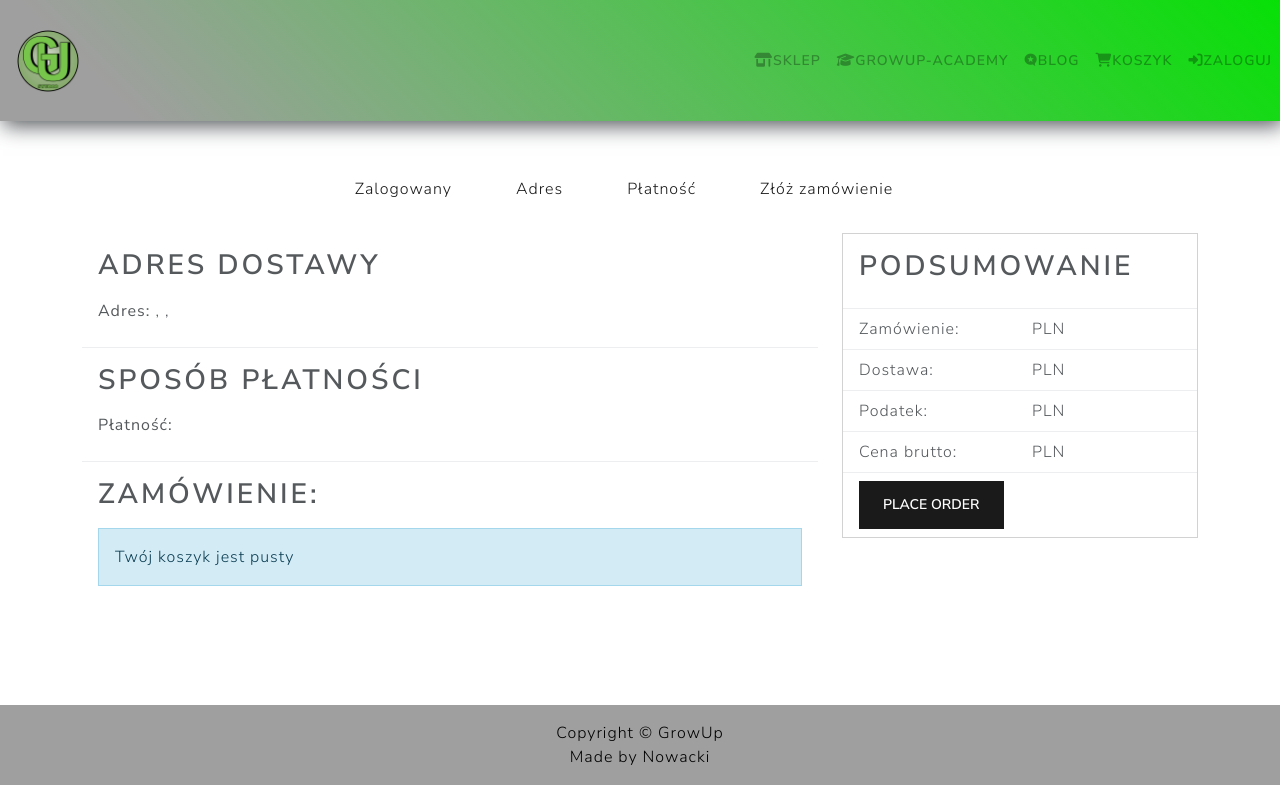
Repository: Nowacki97PL/GrowUpFullStack
Page: /placeorder (app in grow-up-fe/)
The author's editor kept a copy of each file at every save. The page is drawn from the files as they stood at one save, then again after the next save.
The browser window is 1280 px wide. The pictures show the whole page.
The project was rebuilt for these pictures with package versions that can differ from the ones it lists, and the page was loaded fresh each time. Also part of the build but not shown: grow-up-fe/src/components/Rating.js, grow-up-fe/src/components/Product.js, grow-up-fe/src/components/Loader.js, grow-up-fe/src/actions/productActions.js, grow-up-fe/src/screens/ShopScreen.js, grow-up-fe/src/screens/ProductScreen.js, grow-up-fe/src/screens/HomeScreen.js, grow-up-fe/src/actions/cartActions.js and 7 more.

Above is the page before, as saved 2024-02-24 18:19:20.

### grow-up-fe/public/index.html
<!doctype html>
<html lang="pl">
  <head>
    <meta charset="utf-8">
    <meta name="viewport" content="width=device-width, initial-scale=1">
    <link rel="shortcut icon" href="%PUBLIC_URL%/logo.png">
    <link rel="stylesheet" href="https://cdnjs.cloudflare.com/ajax/libs/font-awesome/6.5.1/css/all.min.css" integrity="sha512-DTOQO9RWCH3ppGqcWaEA1BIZOC6xxalwEsw9c2QQeAIftl+Vegovlnee1c9QX4TctnWMn13TZye+giMm8e2LwA==" crossorigin="anonymous" referrerpolicy="no-referrer" />
    <!--
      Notice the use of %PUBLIC_URL% in the tag above.
      It will be replaced with the URL of the `public` folder during the build.
      Only files inside the `public` folder can be referenced from the HTML.

      Unlike "/favicon.ico" or "favicon.ico", "%PUBLIC_URL%/favicon.ico" will
      work correctly both with client-side routing and a non-root public URL.
      Learn how to configure a non-root public URL by running `npm run build`.
    -->
    <title>Grow-Up</title>
  </head>
  <body>
    <div id="root"></div>
    <!--
      This HTML file is a template.
      If you open it directly in the browser, you will see an empty page.

      You can add webfonts, meta tags, or analytics to this file.
      The build step will place the bundled scripts into the <body> tag.

      To begin the development, run `npm start`.
      To create a production bundle, use `npm run build`.
    -->
  </body>
</html>

### grow-up-fe/src/index.js
import React from 'react';
import ReactDOM from 'react-dom/client';
import {Provider} from 'react-redux'
import store from './store'

import App from './App';
import './index.css';
import './bootstrap.css';

const rootElement = document.getElementById('root');

// Użyj createRoot zamiast ReactDOM.render
const root = ReactDOM.createRoot(rootElement);
root.render(
<Provider store={store}>
<App />
</Provider>);

### grow-up-fe/src/store.js
import { createStore, combineReducers, applyMiddleware } from "redux";
import { thunk } from "redux-thunk";
import { composeWithDevTools } from "redux-devtools-extension";
import {
	productListReducers,
	productDetailsReducers,
} from "./reducers/productReducers";
import { cartReducer } from "./reducers/cartReducers";
import { userLoginReducer, userRegisterReducer, userDetailsReducer, userUpdateProfileReducer } from "./reducers/userReducers";

const reducer = combineReducers({
	productList: productListReducers,
	productDetails: productDetailsReducers,
	cart: cartReducer,
	userLogin: userLoginReducer,
	userRegister: userRegisterReducer,
	userDetails: userDetailsReducer,
	userUpdateProfile: userUpdateProfileReducer,
});

const cartItemsFromStorage = localStorage.getItem("cartItems")
	? JSON.parse(localStorage.getItem("cartItems"))
	: [];

const userInfoFromStorage = localStorage.getItem("userInfo")
	? JSON.parse(localStorage.getItem("userInfo"))
	: null;

const shippingAddressFromStorage = localStorage.getItem('shippingAddress') ?
    JSON.parse(localStorage.getItem('shippingAddress')) : {}

	const initialState = {
		cart: {
			cartItems: cartItemsFromStorage,
			shippingAddress: shippingAddressFromStorage,
		},
		userLogin: { userInfo: userInfoFromStorage },
	}

const middleware = [thunk];

const store = createStore(
	reducer,
	initialState,
	composeWithDevTools(applyMiddleware(...middleware))
);

store.subscribe(() => {
	const { cart } = store.getState();
	localStorage.setItem("cartItems", JSON.stringify(cart.cartItems));
});

export default store;

### grow-up-fe/src/App.js
import React from "react";

import { Container } from "react-bootstrap";
import { BrowserRouter as Router, Route, Routes } from "react-router-dom";

import Header from "./components/Header";
import Footer from "./components/Footer";
import ShopScreen from "./screens/ShopScreen";
import ProductScreen from "./screens/ProductScreen";
import HomeScreen from './screens/HomeScreen'
import CartScreen from './screens/CartScreen'
import LoginScreen from './screens/LoginScreen'
import RegisterScreen from './screens/RegisterScreen'
import ProfileScreen from './screens/ProfileScreen'
import ShippingScreen from "./screens/ShippingScreen";
import PaymentScreen from "./screens/PaymentScreen";
import PlaceOrderScreen from "./screens/PlaceOrderScreen";

function App() {
	return (
		<Router>
			<Header />
			<main className="py-5">
				<Container>
					<Routes>
						<Route path="/" element={<HomeScreen />}></Route>
						<Route path="/login" element={<LoginScreen />}></Route>
						<Route path="/register" element={<RegisterScreen />}></Route>
						<Route path="/profile" element={<ProfileScreen />}></Route>
						<Route path="/shipping" element={<ShippingScreen/>}></Route>
						<Route path="/payment" element={<PaymentScreen/>}></Route>
						<Route path="/placeorder" element={<PlaceOrderScreen/>}></Route>
						<Route path="/shop" element={<ShopScreen />}></Route>
						<Route path="/product/:id" element={<ProductScreen />}></Route>
						<Route path="/cart/:id?" element={<CartScreen />}></Route>
					</Routes>
				</Container>
			</main>
			<Footer />
		</Router>
	);
}

export default App;

### grow-up-fe/src/index.css
main {
  min-height: 81.1vh;
  width: 100%;
}


.nav-main {
  width: 100%;
  margin: 0;
}

#Navbar {
  background: linear-gradient(45deg, rgb(160, 159, 159) 10%, rgb(7, 224, 7));
  box-shadow: 3px 5px 20px;
  display: flex;
  justify-content: space-between;
  align-items: center;
}

.navbar-toggler {
  margin-right: 1rem;
}

.img-logo img {
  display: flex;
  height: 3.95rem;
  margin-left: 1rem;
}

#card-title {
  text-decoration: none;
}

h1 {
  font-size: 1.8rem;
  padding: 1rem 0;
}

h2 {
  font-size: 1.4rem;
  padding: 0.5rem 0;
}

h3 {
  padding: 1rem 0;
}

.rating span {
  margin: 0.1rem;
}

#card-border-color {
  border-color: rgb(7, 224, 7);
}

#placeOrderButton {
  width: 100%;
}

.Footer-main {
  background:  rgb(160, 159, 159);
  width: 100%;
  color: black;
}

### grow-up-fe/src/reducers/productReducers.js
import {
	PRODUCT_LIST_REQUEST,
	PRODUCT_LIST_SUCCESS,
	PRODUCT_LIST_FAIL,
	PRODUCT_DETAILS_REQUEST,
	PRODUCT_DETAILS_SUCCESS,
	PRODUCT_DETAILS_FAIL
} from "../constants/productConstants";

export const productListReducers = (state = { products: [] }, action) => {
	switch (action.type) {
		case PRODUCT_LIST_REQUEST:
			return { loading: true, products: [] };

		case PRODUCT_LIST_SUCCESS:
			return { loading: false, products: action.payload };

		case PRODUCT_LIST_FAIL:
			return { loading: false, error: action.payload };

		default:
			return state;
	}
};


export const productDetailsReducers = (state = { product: {reviews: []} }, action) => {
	switch (action.type) {
		case PRODUCT_DETAILS_REQUEST:
			return { loading: true, ...state };

		case PRODUCT_DETAILS_SUCCESS:
			return { loading: false, product: action.payload };

		case PRODUCT_DETAILS_FAIL:
			return { loading: false, error: action.payload };

		default:
			return state;
	}
};

### grow-up-fe/src/reducers/cartReducers.js
import {
    CART_ADD_ITEM,
    CART_REMOVE_ITEM,
    CART_SAVE_SHIPPING_ADDRESS,

    CART_SAVE_PAYMENT_METHOD,

    CART_CLEAR_ITEMS,
} from '../constants/cartConstans'

export const cartReducer = (state = { cartItems: [] }, action) => {
	switch (action.type) {
		case CART_ADD_ITEM:
			const item = action.payload;
			const existItem = state.cartItems.find((x) => x.product === item.product);

			if (existItem) {
				return {
					...state,
					cartItems: state.cartItems.map((x) =>
						x.product === existItem.product ? item : x
					),
				};
			} else {
				return {
					...state,
					cartItems: [...state.cartItems, item],
				};
			}

		case CART_REMOVE_ITEM:
			return {
				...state,
				cartItems: state.cartItems.filter((x) => x.product !== action.payload),
			};

			case CART_SAVE_SHIPPING_ADDRESS:
				return {
					...state,
					shippingAddress: action.payload
				}

			case CART_SAVE_PAYMENT_METHOD:
				return {
					...state,
					paymentMethod: action.payload
				}

			case CART_CLEAR_ITEMS:
				return {
					...state,
					cartItems: []
				}


		default:
			return state;
	}
};

### grow-up-fe/src/reducers/userReducers.js
import {
	USER_LOGIN_REQUEST,
	USER_LOGIN_SUCCESS,
	USER_LOGIN_FAIL,
	USER_LOGOUT,
	USER_REGISTER_REQUEST,
	USER_REGISTER_SUCCESS,
	USER_REGISTER_FAIL,
	USER_DETAILS_REQUEST,
	USER_DETAILS_SUCCESS,
	USER_DETAILS_FAIL,
	USER_DETAILS_RESET,
	USER_UPDATE_PROFILE_REQUEST,
	USER_UPDATE_PROFILE_SUCCESS,
	USER_UPDATE_PROFILE_FAIL,
	USER_UPDATE_PROFILE_RESET,
} from "../constants/userConstans";

export const userLoginReducer = (state = {}, action) => {
	switch (action.type) {
		case USER_LOGIN_REQUEST:
			return { loading: true };

		case USER_LOGIN_SUCCESS:
			return { loading: false, userInfo: action.payload };

		case USER_LOGIN_FAIL:
			return { loading: false, error: action.payload };

		case USER_LOGOUT:
			return { loading: false };

		default:
			return state;
	}
};

export const userRegisterReducer = (state = {}, action) => {
	switch (action.type) {
		case USER_REGISTER_REQUEST:
			return { loading: true };

		case USER_REGISTER_SUCCESS:
			return { loading: false, userInfo: action.payload };

		case USER_REGISTER_FAIL:
			return { loading: false, error: action.payload };

		case USER_LOGOUT:
			return { loading: false };

		default:
			return state;
	}
};

export const userDetailsReducer = (state = { user: {} }, action) => {
	switch (action.type) {
		case USER_DETAILS_REQUEST:
			return { ...state, loading: true };

		case USER_DETAILS_SUCCESS:
			return { loading: false, user: action.payload };

		case USER_DETAILS_FAIL:
			return { loading: false, error: action.payload };

		case USER_DETAILS_RESET:
			return { user: {} };

		default:
			return state;
	}
};

export const userUpdateProfileReducer = (state = {}, action) => {
	switch (action.type) {
		case USER_UPDATE_PROFILE_REQUEST:
			return { loading: true };

		case USER_UPDATE_PROFILE_SUCCESS:
			return { loading: false, success: true, userInfo: action.payload };

		case USER_UPDATE_PROFILE_FAIL:
			return { loading: false, error: action.payload };

		case USER_UPDATE_PROFILE_RESET:
			return {};

		default:
			return state;
	}
};

### grow-up-fe/src/components/Header.js
import React from "react";
import { useDispatch, useSelector } from "react-redux";
import Nav from "react-bootstrap/Nav";
import Navbar from "react-bootstrap/Navbar";
import { Container, NavDropdown } from "react-bootstrap";
import { LinkContainer } from "react-router-bootstrap";
import { logout } from "../actions/userActions";

function Header() {
	const userLogin = useSelector((state) => state.userLogin);
	const { userInfo } = userLogin;
	const dispatch = useDispatch();

	const logoutHandler = () => {
		dispatch(logout());
	};

	return (
		<header>
			<Navbar expand="md" id="Navbar" collapseOnSelect>

					<LinkContainer to="/">
						<Navbar.Brand className="img-logo">
							<img src="logo.png" alt="logo"></img>
						</Navbar.Brand>
					</LinkContainer>

					<Navbar.Toggle aria-controls="basic-navbar-nav" />
					<Navbar.Collapse id="basic-navbar-nav">
						<Nav className="ms-md-auto">
							<LinkContainer to="/shop">
								<Nav.Link>
									<i className="fa-solid fa-shop"></i>
									Sklep
								</Nav.Link>
							</LinkContainer>

							<LinkContainer to="/growup-academy">
								<Nav.Link>
									<i className="fa-solid fa-graduation-cap"></i>
									GrowUp-Academy
								</Nav.Link>
							</LinkContainer>

							<LinkContainer to="/blog">
								<Nav.Link>
									<i className="fa-brands fa-microblog"></i>
									blog
								</Nav.Link>
							</LinkContainer>

							<LinkContainer to="/cart">
								<Nav.Link>
									<i className="fas fa-shopping-cart"></i>Koszyk
								</Nav.Link>
							</LinkContainer>

							{userInfo ? (
								<NavDropdown title={userInfo.name} id="username">
									<LinkContainer to="/profile">
										<NavDropdown.Item>
											<i className="fas fa-user"></i>Profil
										</NavDropdown.Item>
									</LinkContainer>
									<NavDropdown.Item onClick={logoutHandler}>
										<i className="fa-solid fa-right-from-bracket"></i>
										Wyloguj
									</NavDropdown.Item>
								</NavDropdown>
							) : (
								<LinkContainer to="/login">
									<Nav.Link>
										<i className="fa-solid fa-right-to-bracket"></i>
										Zaloguj
									</Nav.Link>
								</LinkContainer>
							)}
						</Nav>
					</Navbar.Collapse>

			</Navbar>
		</header>
	);
}

export default Header;

### grow-up-fe/src/components/Footer.js
import React from 'react'
import {Container, Row, Col} from 'react-bootstrap'

function Footer() {
  return (
    <footer className='Footer-main'>
      <Container>
        <Row>
          <Col className='text-center py-3'>
          Copyright &copy; GrowUp <br></br>
          Made by Nowacki
          </Col>
        </Row>
      </Container>

    </footer>
  )
}

export default Footer

### grow-up-fe/src/screens/PlaceOrderScreen.js
import React, { useState, useEffect } from "react";
import { Button, Row, Col, ListGroup, Image, Card } from "react-bootstrap";
import { Link } from "react-router-dom";
import { useNavigate } from "react-router-dom";
import { useDispatch, useSelector } from "react-redux";
import Message from "../components/Message";
import CheckoutSteps from "../components/CheckoutSteps";
function PlaceOrderScreen() {
	const cart = useSelector((state) => state.cart);
	const placeOrder = () => {
		console.log("Place Order");
	};

	return (
		<div>
			<CheckoutSteps step1 step2 step3 step4 />
			<Row>
				<Col md={8}>
					<ListGroup variant="flush">
						<ListGroup.Item>
							<h2>Adres dostawy</h2>

							<p>
								<strong>Adres: </strong>
								{cart.shippingAddress.address}, {cart.shippingAddress.city}
								{"  "}
								{cart.shippingAddress.postalCode},{cart.shippingAddress.country}
							</p>
						</ListGroup.Item>

						<ListGroup.Item>
							<h2>Sposób płatności</h2>

							<p>
								<strong>Płatność: </strong>
								{cart.paymentMethod}
							</p>
						</ListGroup.Item>

						<ListGroup.Item>
							<h2>Zamówienie:</h2>
							{cart.cartItems.length === 0 ? (
								<Message variant="info">Twój koszyk jest pusty</Message>
							) : (
								<ListGroup variant="flush">
									{cart.cartItems.map((item, index) => (
										<ListGroup.Item key={index}>
											<Row>
												<Col md={3}>
													<Image
														src={item.image}
														alt={item.name}
														fluid
														rounded
													/>
												</Col>
												<Col>
													<Link to={`/product/${item.product}`}>
														{item.name}
													</Link>
												</Col>
												<Col md={4}>
													{item.qty} x {item.price} ={" "}
													{(item.qty * item.price).toFixed(2)} PLN
												</Col>
											</Row>
										</ListGroup.Item>
									))}
								</ListGroup>
							)}
						</ListGroup.Item>
					</ListGroup>
				</Col>

				<Col md={4}>
					<Card>
						<ListGroup variant="flush">
							<ListGroup.Item>
								<h2>Podsumowanie</h2>
							</ListGroup.Item>

							<ListGroup.Item>
								<Row>
									<Col>Zamówienie:</Col>
									<Col>{cart.cartItems.price} PLN</Col>
								</Row>
							</ListGroup.Item>

							<ListGroup.Item>
								<Row>
									<Col>Dostawa:</Col>
									<Col>{cart.shippingPrice} PLN</Col>
								</Row>
							</ListGroup.Item>

							<ListGroup.Item>
								<Row>
									<Col>Podatek:</Col>
									<Col>{cart.taxPrice} PLN</Col>
								</Row>
							</ListGroup.Item>

							<ListGroup.Item>
								<Row>
									<Col>Cena brutto:</Col>
									<Col>{cart.totalPrice} PLN</Col>
								</Row>
							</ListGroup.Item>

                            <ListGroup.Item>
                                <Button
                                    type='button'
                                    className='btn-block'
                                    disabled={cart.cartItems === 0}
                                    onClick={placeOrder}
                                >
                                    Place Order
                                </Button>
                            </ListGroup.Item>
						</ListGroup>
					</Card>
				</Col>
			</Row>
		</div>
	);
}

export default PlaceOrderScreen;

### grow-up-fe/src/constants/productConstants.js
export const PRODUCT_LIST_REQUEST = 'PRODUCT_LIST_REQUEST'
export const PRODUCT_LIST_SUCCESS = 'PRODUCT_LIST_SUCCESS'
export const PRODUCT_LIST_FAIL = 'PRODUCT_LIST_FAIL'


export const PRODUCT_DETAILS_REQUEST = 'PRODUCT_DETAILS_REQUEST'
export const PRODUCT_DETAILS_SUCCESS = 'PRODUCT_DETAILS_SUCCESS'
export const PRODUCT_DETAILS_FAIL = 'PRODUCT_DETAILS_FAIL'

### grow-up-fe/src/constants/userConstans.js
export const USER_LOGIN_REQUEST = "USER_LOGIN_REQUEST";
export const USER_LOGIN_SUCCESS = "USER_LOGIN_SUCCESS";
export const USER_LOGIN_FAIL = "USER_LOGIN_FAIL";

export const USER_LOGOUT = "USER_LOGIN_REQUEST";

export const USER_REGISTER_REQUEST = "USER_REGISTER_REQUEST";
export const USER_REGISTER_SUCCESS = "USER_REGISTER_SUCCESS";
export const USER_REGISTER_FAIL = "USER_REGISTER_FAIL";

export const USER_DETAILS_REQUEST = "USER_DETAILS_REQUEST";
export const USER_DETAILS_SUCCESS = "USER_DETAILS_SUCCESS";
export const USER_DETAILS_FAIL = "USER_DETAILS_FAIL";
export const USER_DETAILS_RESET = "USER_DETAILS_RESET";

export const USER_UPDATE_PROFILE_REQUEST = "USER_UPDATE_PROFILE_REQUEST";
export const USER_UPDATE_PROFILE_SUCCESS = "USER_UPDATE_PROFILE_SUCCESS";
export const USER_UPDATE_PROFILE_FAIL = "USER_UPDATE_PROFILE_FAIL";
export const USER_UPDATE_PROFILE_RESET = "USER_UPDATE_PROFILE_RESET";

export const USER_LIST_REQUEST = "USER_LIST_REQUEST";
export const USER_LIST_SUCCESS = "USER_LIST_SUCCESS";
export const USER_LIST_FAIL = "USER_LIST_FAIL";
export const USER_LIST_RESET = "USER_LIST_RESET";

export const USER_DELETE_REQUEST = "USER_DELETE_REQUEST";
export const USER_DELETE_SUCCESS = "USER_DELETE_SUCCESS";
export const USER_DELETE_FAIL = "USER_DELETE_FAIL";

export const USER_UPDATE_REQUEST = "USER_UPDATE_REQUEST";
export const USER_UPDATE_SUCCESS = "USER_UPDATE_SUCCESS";
export const USER_UPDATE_FAIL = "USER_UPDATE_FAIL";
export const USER_UPDATE_RESET = "USER_UPDATE_RESET";

### grow-up-fe/src/components/Message.js
import React from 'react'
import {Alert} from 'react-bootstrap'

function Message({variant, children}) {
  return (
    <Alert variant={variant}>
      {children}
    </Alert>
  )
}

export default Message

### grow-up-fe/src/components/CheckoutSteps.js
import React from "react";
import { Nav } from "react-bootstrap";
import { LinkContainer } from "react-router-bootstrap";

function CheckoutSteps({ step1, step2, step3, step4 }) {
	return (
		<Nav className="justify-content-center mb-4">
			<Nav.Item>
				{step1 ? (
					<LinkContainer to="/login">
						<Nav.Link>Zalogowany</Nav.Link>
					</LinkContainer>
				) : (
					<Nav.Link disabled>Zalogowany</Nav.Link>
				)}
			</Nav.Item>

			<Nav.Item>
				{step2 ? (
					<LinkContainer to="/shipping">
						<Nav.Link>Adres</Nav.Link>
					</LinkContainer>
				) : (
					<Nav.Link disabled>Adres</Nav.Link>
				)}
			</Nav.Item>

			<Nav.Item>
				{step3 ? (
					<LinkContainer to="/payment">
						<Nav.Link>Płatność</Nav.Link>
					</LinkContainer>
				) : (
					<Nav.Link disabled>Płatność</Nav.Link>
				)}
			</Nav.Item>

			<Nav.Item>
				{step4 ? (
					<LinkContainer to="/placeorder">
						<Nav.Link>Złóż zamówienie</Nav.Link>
					</LinkContainer>
				) : (
					<Nav.Link disabled>Potwierdzenie</Nav.Link>
				)}
			</Nav.Item>
		</Nav>
	);
}

export default CheckoutSteps;

Loaded but not shown: grow-up-fe/src/bootstrap.css (library); grow-up-fe/src/constants/cartConstans.js (common file); grow-up-fe/src/actions/userActions.js (180 lines, source omitted)

After the next save:
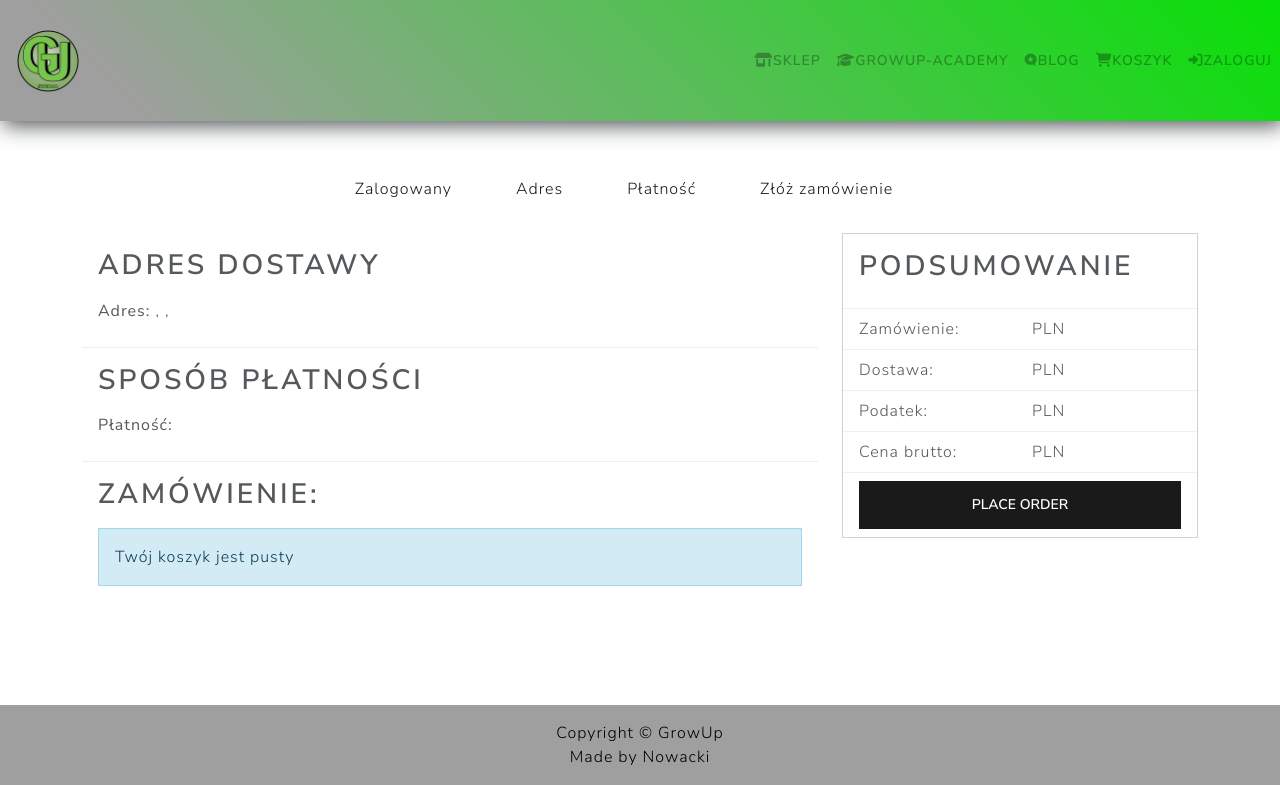
Saved 71 s later.
--- a/grow-up-fe/src/screens/PlaceOrderScreen.js
+++ b/grow-up-fe/src/screens/PlaceOrderScreen.js
@@ -111,6 +111,7 @@
                                 <Button
                                     type='button'
                                     className='btn-block'
+                                    style={{ width: '100%' }}
                                     disabled={cart.cartItems === 0}
                                     onClick={placeOrder}
                                 >

After the save that followed:
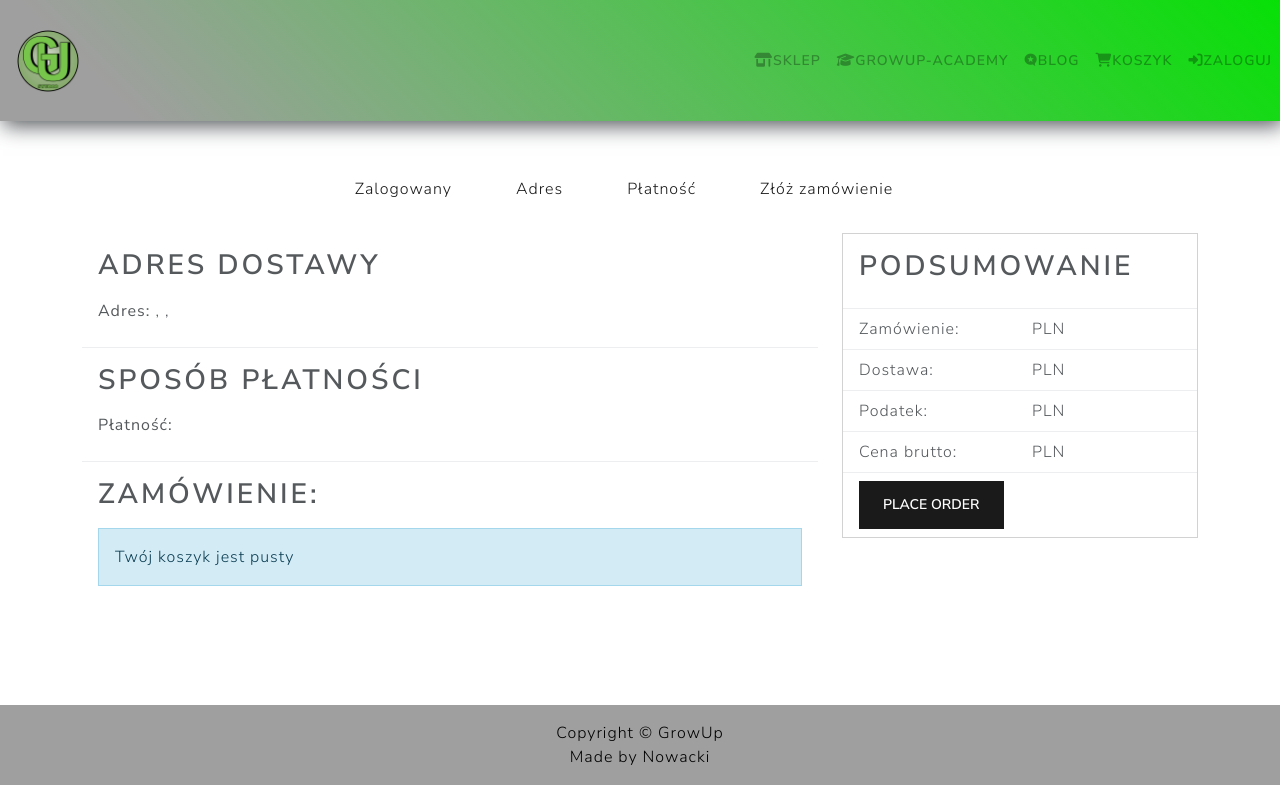
Saved 49 s later.
--- a/grow-up-fe/src/screens/PlaceOrderScreen.js
+++ b/grow-up-fe/src/screens/PlaceOrderScreen.js
@@ -107,11 +107,10 @@
 								</Row>
 							</ListGroup.Item>
 
-                            <ListGroup.Item>
+							 <ListGroup.Item>
                                 <Button
                                     type='button'
                                     className='btn-block'
-                                    style={{ width: '100%' }}
                                     disabled={cart.cartItems === 0}
                                     onClick={placeOrder}
                                 >
